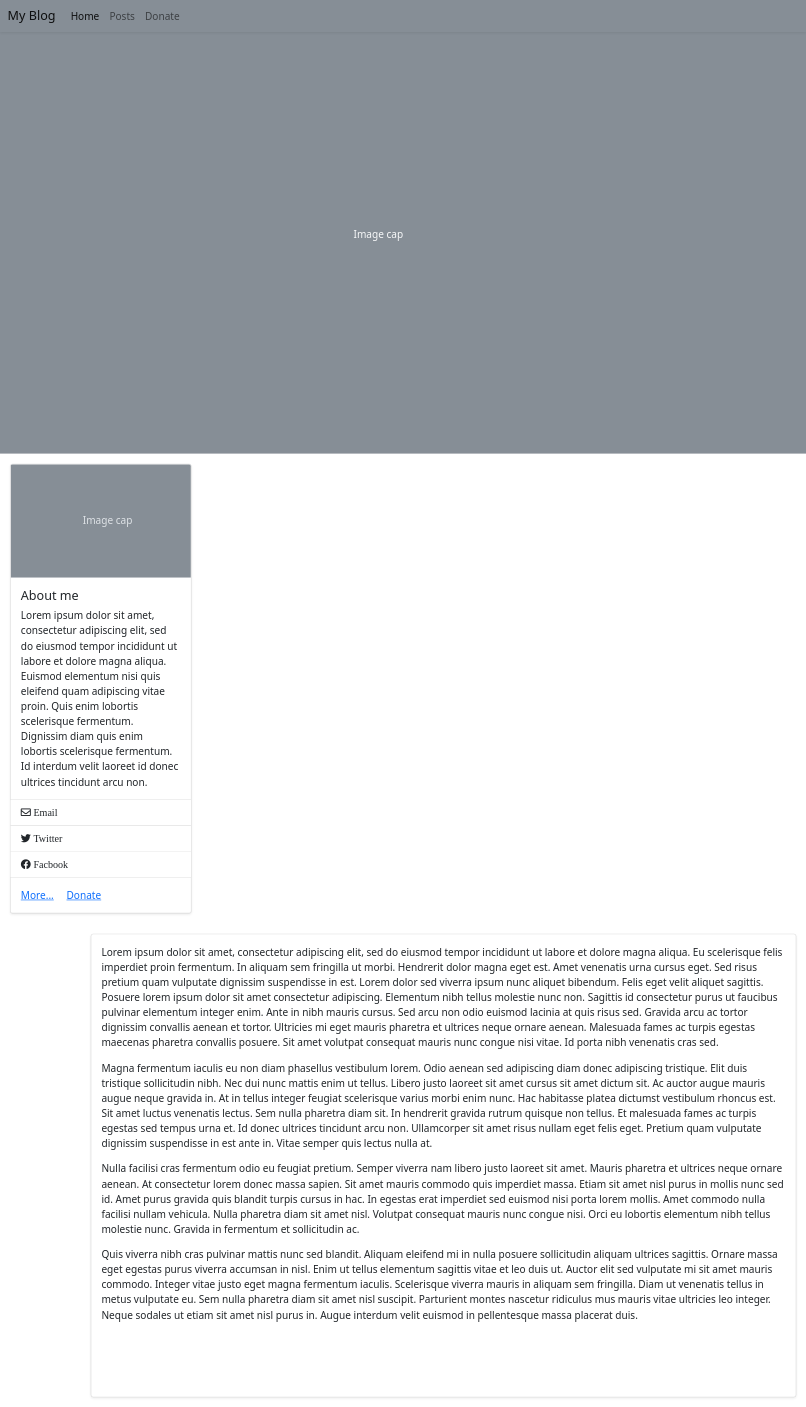
Repository: LublubXT/Azi-Tec-Team
Page: views/templates/blogs/personalblog/home.html
The author's editor kept a copy of each file at every save. The page is drawn from the files as they stood at one save, then again after the next save.
The browser window is 1280 px wide. The pictures show the whole page, at 63% of full size.

Above is the page before, as saved 2021-03-11 09:17:54.

### views/templates/blogs/personalblog/home.html
<!DOCTYPE html>
<html lang="en">

    <head>
        <meta charset="UTF-8">
        <meta http-equiv="X-UA-Compatible" content="IE=edge">
        <meta name="viewport" content="width=device-width, initial-scale=1.0">

        <!-- import style sheet file -->
        <link rel="stylesheet" href="css/style.css">
        <link rel="stylesheet" href="css/bootstrap.min.css">
        <link rel="stylesheet" href="fontawesome/css/all.css">


        <title>My Blog</title>
    </head>

    <body>
        <div class="header imgDiv">
            <nav class="navbar navbar-expand-lg navbar-light fixed-top shadow-sm"
                style="background-color: transparent;">
                <div class="container-fluid">
                    <a class="navbar-brand" href="#">My Blog</a>
                    <button class="navbar-toggler" type="button" data-bs-toggle="collapse"
                        data-bs-target="#navbarNavAltMarkup" aria-controls="navbarNavAltMarkup" aria-expanded="false"
                        aria-label="Toggle navigation">
                        <span class="navbar-toggler-icon"></span>
                    </button>
                    <div class="collapse navbar-collapse float-end" id="navbarNavAltMarkup">
                        <div class="navbar-nav float-end">
                            <a class="nav-link active" aria-current="page" href="#">Home</a>
                            <a class="nav-link" href="#">Posts</a>
                            <a class="nav-link" href="#">Donate</a>
                        </div>
                    </div>
                </div>
            </nav>
            <p class="card-text position-absolute top-50 end-50 text-light">Image
                cap</p>
        </div>

        <div style="width: 100%;">

            <div class="card mx-3 my-3 shadow-sm" style="width: 18rem;">
                <svg class="bd-placeholder-img card-img-top" width="100%" height="180"
                    xmlns="http://www.w3.org/2000/svg" role="img" aria-label="Placeholder: Image cap"
                    preserveAspectRatio="xMidYMid slice" focusable="true">
                    <title>Placeholder</title>
                    <rect width="100%" height="100%" fill="#868e96"></rect><text x="40%" y="50%" fill="#dee2e6"
                        dy=".3em">Image
                        cap</text>
                </svg>
                <div class="card-body">
                    <h5 class="card-title">About me</h5>
                    <p class="card-text">Lorem ipsum dolor sit amet, consectetur adipiscing elit, sed do eiusmod tempor
                        incididunt ut labore et dolore magna
                        aliqua. Euismod elementum nisi quis eleifend quam adipiscing vitae proin. Quis enim lobortis
                        scelerisque fermentum.
                        Dignissim diam quis enim lobortis scelerisque fermentum. Id interdum velit laoreet id donec
                        ultrices tincidunt arcu non.</p>
                </div>
                <ul class="list-group list-group-flush">
                    <li class="list-group-item"><i class="far fa-envelope"> Email</i></li>
                    <li class="list-group-item"><i class="fab fa-twitter"> Twitter</i></li>
                    <li class="list-group-item"><i class="fab fa-facebook"> Facbook</i></li>
                </ul>
                <div class="card-body">
                    <a href="#" class="card-link">More...</a>
                    <a href="#" class="card-link">Donate</a>
                </div>
            </div>
            <div class="card mx-3 my-3 float-end shadow-sm p-3" style="width: 70rem; height: 46rem;">
                <p class="text-dark main_p">Lorem ipsum dolor sit amet, consectetur adipiscing elit, sed do eiusmod
                    tempor
                    incididunt ut labore et dolore magna
                    aliqua. Eu scelerisque felis imperdiet proin fermentum. In aliquam sem fringilla ut morbi. Hendrerit
                    dolor magna eget
                    est. Amet venenatis urna cursus eget. Sed risus pretium quam vulputate dignissim suspendisse in est.
                    Lorem dolor sed
                    viverra ipsum nunc aliquet bibendum. Felis eget velit aliquet sagittis. Posuere lorem ipsum dolor
                    sit amet consectetur
                    adipiscing. Elementum nibh tellus molestie nunc non. Sagittis id consectetur purus ut faucibus
                    pulvinar elementum
                    integer enim. Ante in nibh mauris cursus. Sed arcu non odio euismod lacinia at quis risus sed.
                    Gravida arcu ac tortor
                    dignissim convallis aenean et tortor. Ultricies mi eget mauris pharetra et ultrices neque ornare
                    aenean. Malesuada fames
                    ac turpis egestas maecenas pharetra convallis posuere. Sit amet volutpat consequat mauris nunc
                    congue nisi vitae. Id
                    porta nibh venenatis cras sed.
                </p>
                <p class="text-dark main_p">
                    Magna fermentum iaculis eu non diam phasellus vestibulum lorem. Odio aenean sed adipiscing diam
                    donec adipiscing
                    tristique. Elit duis tristique sollicitudin nibh. Nec dui nunc mattis enim ut tellus. Libero justo
                    laoreet sit amet
                    cursus sit amet dictum sit. Ac auctor augue mauris augue neque gravida in. At in tellus integer
                    feugiat scelerisque
                    varius morbi enim nunc. Hac habitasse platea dictumst vestibulum rhoncus est. Sit amet luctus
                    venenatis lectus. Sem
                    nulla pharetra diam sit. In hendrerit gravida rutrum quisque non tellus. Et malesuada fames ac
                    turpis egestas sed tempus
                    urna et. Id donec ultrices tincidunt arcu non. Ullamcorper sit amet risus nullam eget felis eget.
                    Pretium quam vulputate
                    dignissim suspendisse in est ante in. Vitae semper quis lectus nulla at.
                </p>
                <p class="text-dark main_p">
                    Nulla facilisi cras fermentum odio eu feugiat pretium. Semper viverra nam libero justo laoreet sit
                    amet. Mauris pharetra
                    et ultrices neque ornare aenean. At consectetur lorem donec massa sapien. Sit amet mauris commodo
                    quis imperdiet massa.
                    Etiam sit amet nisl purus in mollis nunc sed id. Amet purus gravida quis blandit turpis cursus in
                    hac. In egestas erat
                    imperdiet sed euismod nisi porta lorem mollis. Amet commodo nulla facilisi nullam vehicula. Nulla
                    pharetra diam sit amet
                    nisl. Volutpat consequat mauris nunc congue nisi. Orci eu lobortis elementum nibh tellus molestie
                    nunc. Gravida in
                    fermentum et sollicitudin ac.
                </p>
                <p class="text-dark main_p">
                    Quis viverra nibh cras pulvinar mattis nunc sed blandit. Aliquam eleifend mi in nulla posuere
                    sollicitudin aliquam
                    ultrices sagittis. Ornare massa eget egestas purus viverra accumsan in nisl. Enim ut tellus
                    elementum sagittis vitae et
                    leo duis ut. Auctor elit sed vulputate mi sit amet mauris commodo. Integer vitae justo eget magna
                    fermentum iaculis.
                    Scelerisque viverra mauris in aliquam sem fringilla. Diam ut venenatis tellus in metus vulputate eu.
                    Sem nulla pharetra
                    diam sit amet nisl suscipit. Parturient montes nascetur ridiculus mus mauris vitae ultricies leo
                    integer. Neque sodales
                    ut etiam sit amet nisl purus in. Augue interdum velit euismod in pellentesque massa placerat duis.
                </p>

            </div>
        </div>

    </body>

</html>

### views/templates/blogs/personalblog/css/style.css
body {
    margin: 0px;
    padding: 0px;
}

.header {
    max-width: 100%;
    height: 45rem;
}

.imgDiv {
    background-color: #868e96;
}


.navbar {
    background-color: transparent;
    max-width: 100%;
    height: 50px;
    color: white;
    z-index: 3;
    position: sticky;
    top: 0px;
    left: 0px;
}

.mainlink {
    color: white;
    font-family: 'Courier New', Courier, monospace;
    font-weight: bolder;
    background: transparent;
    font-size: xx-large;
    text-decoration: none;
    float: left;
    margin: 10px;
}

.link {
    color: white;
    font-family: 'Courier New', Courier, monospace;
    font-weight: bolder;
    background: transparent;
    font-size: large;
    float: right;
    margin: 10px;
    margin-left: 10px;
    text-decoration: none;
}

.main_p {
    color: black;
    font-size: lar
}

Loaded but not shown: views/templates/blogs/personalblog/css/bootstrap.min.css (library); views/templates/blogs/personalblog/fontawesome/css/all.css (library)

After the next save:
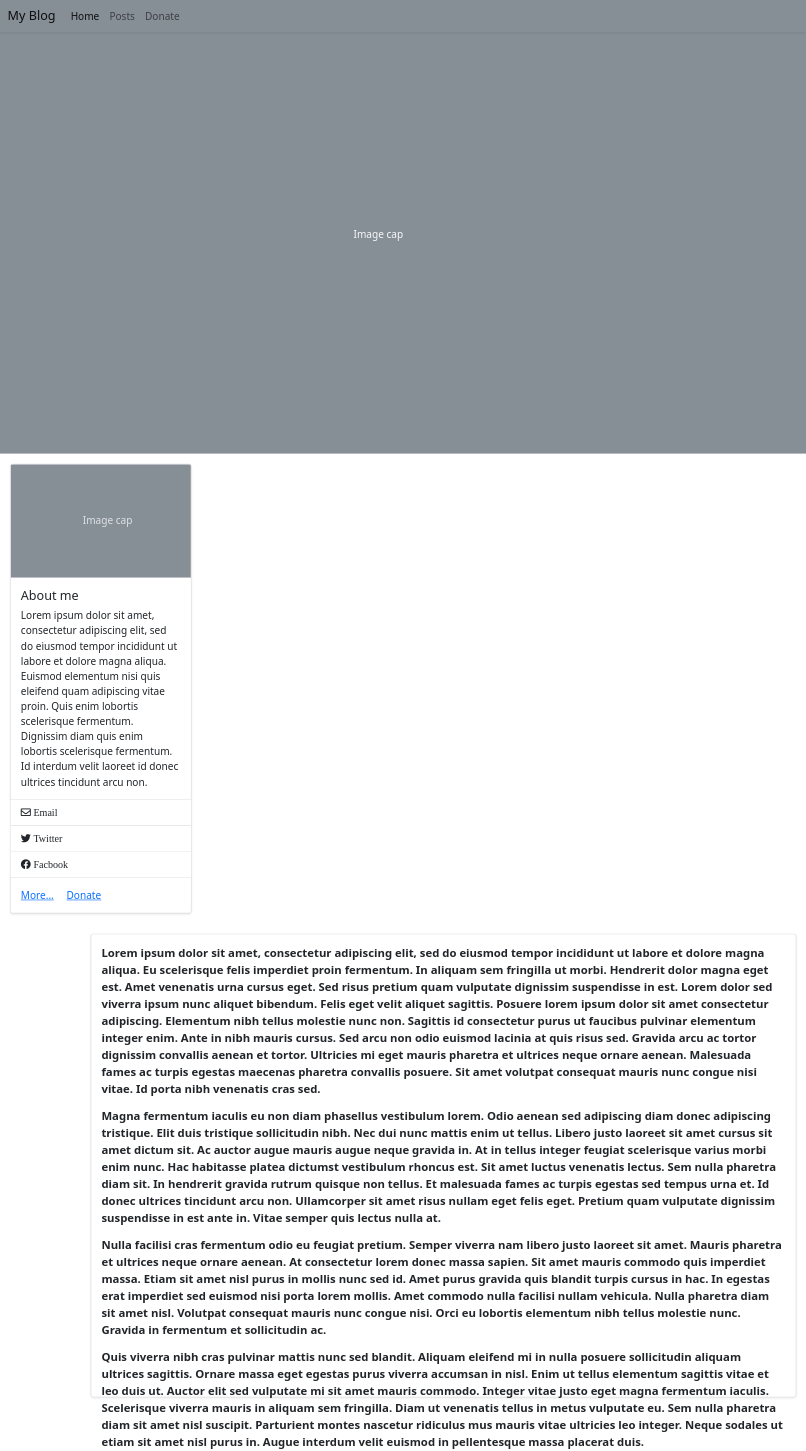
Saved 10 s later.
--- a/views/templates/blogs/personalblog/css/style.css
+++ b/views/templates/blogs/personalblog/css/style.css
@@ -49,5 +49,6 @@ body {
 
 .main_p {
     color: black;
-    font-size: lar
+    font-size: large;
+    font-weight: bolder;
 }
